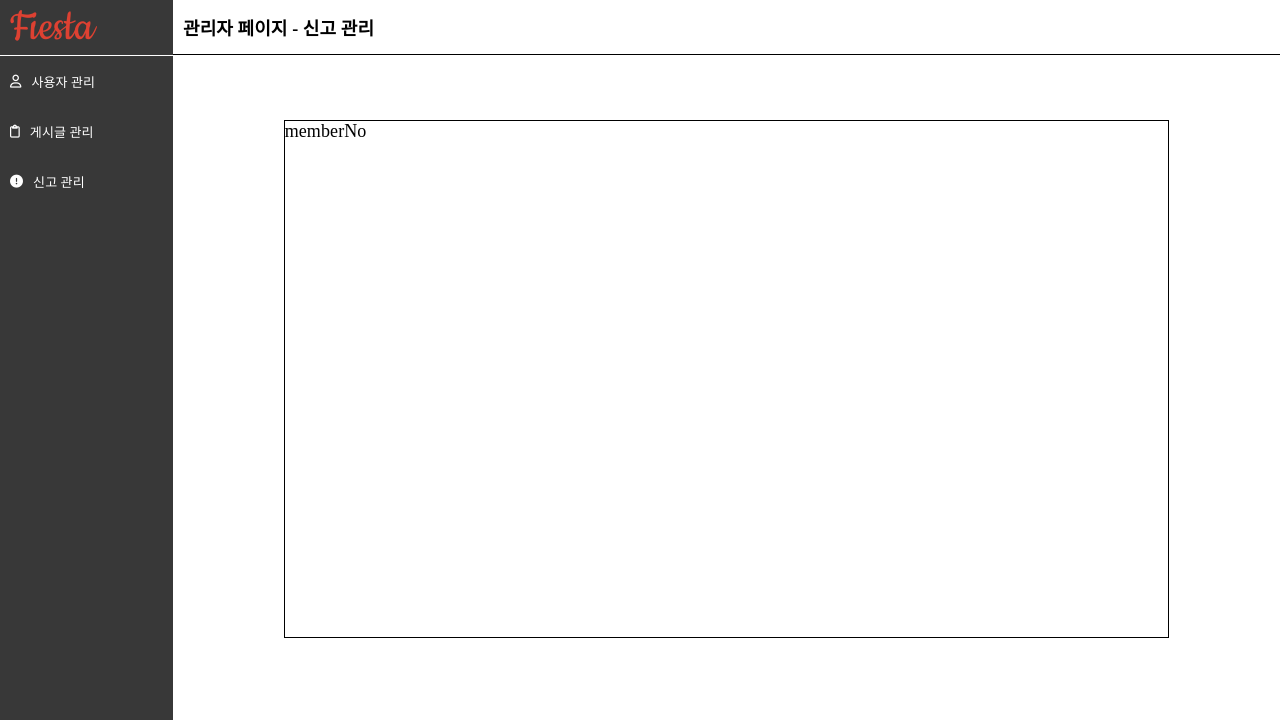
Repository: SNSFiestaTeam/Fiesta
Page: Fiesta/src/main/webapp/html/management/management-report.html
The author's editor kept a copy of each file at every save. The page is drawn from the files as they stood at one save, then again after the next save.
The browser window is 1280 px wide. The pictures show the whole page.
Some web fonts or font styles are not loaded; a fallback is used. Some web libraries are served in a nearby version.

Above is the page before, as saved 2022-12-06 12:17:06.

After the next save:
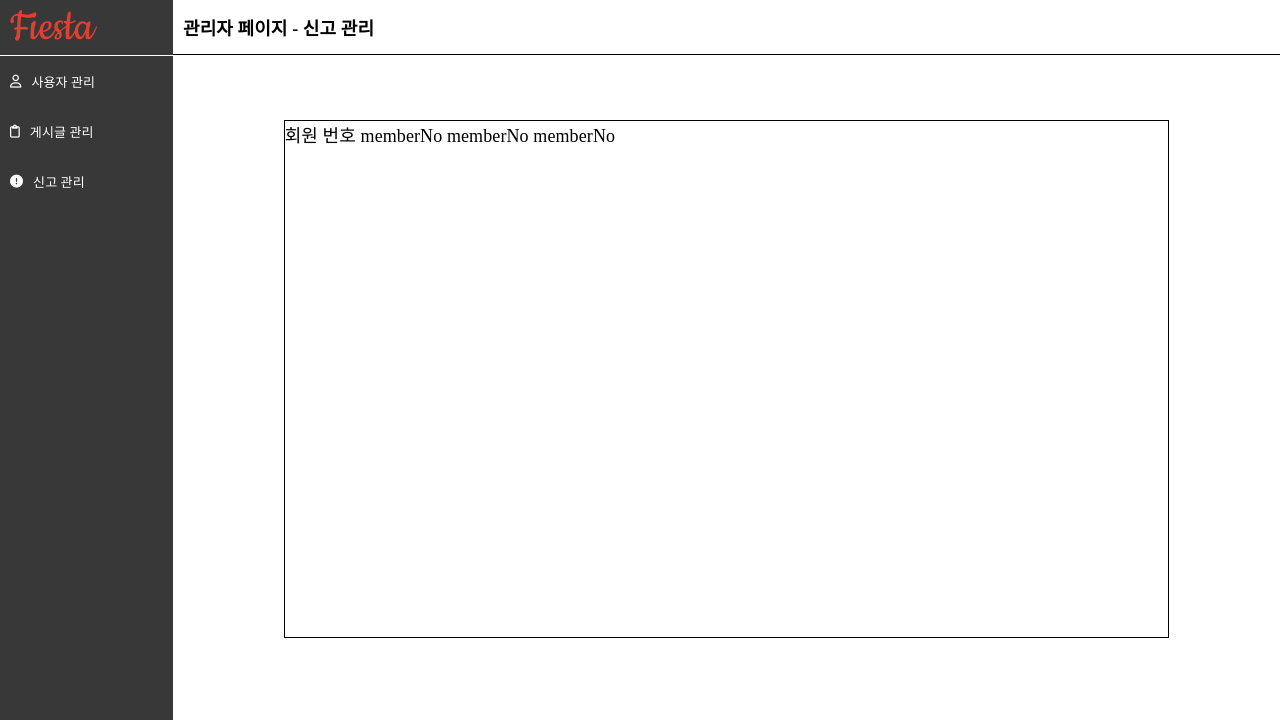
Saved 9 s later.
--- a/Fiesta/src/main/webapp/html/management/management-report.html
+++ b/Fiesta/src/main/webapp/html/management/management-report.html
@@ -29,6 +29,9 @@
     <div class="management-content">
       <section class="report-container">
         <div class="row">
+          <span>회원 번호</span>
+          <span>memberNo</span>
+          <span>memberNo</span>
           <span>memberNo</span>
         </div>
       </section>
